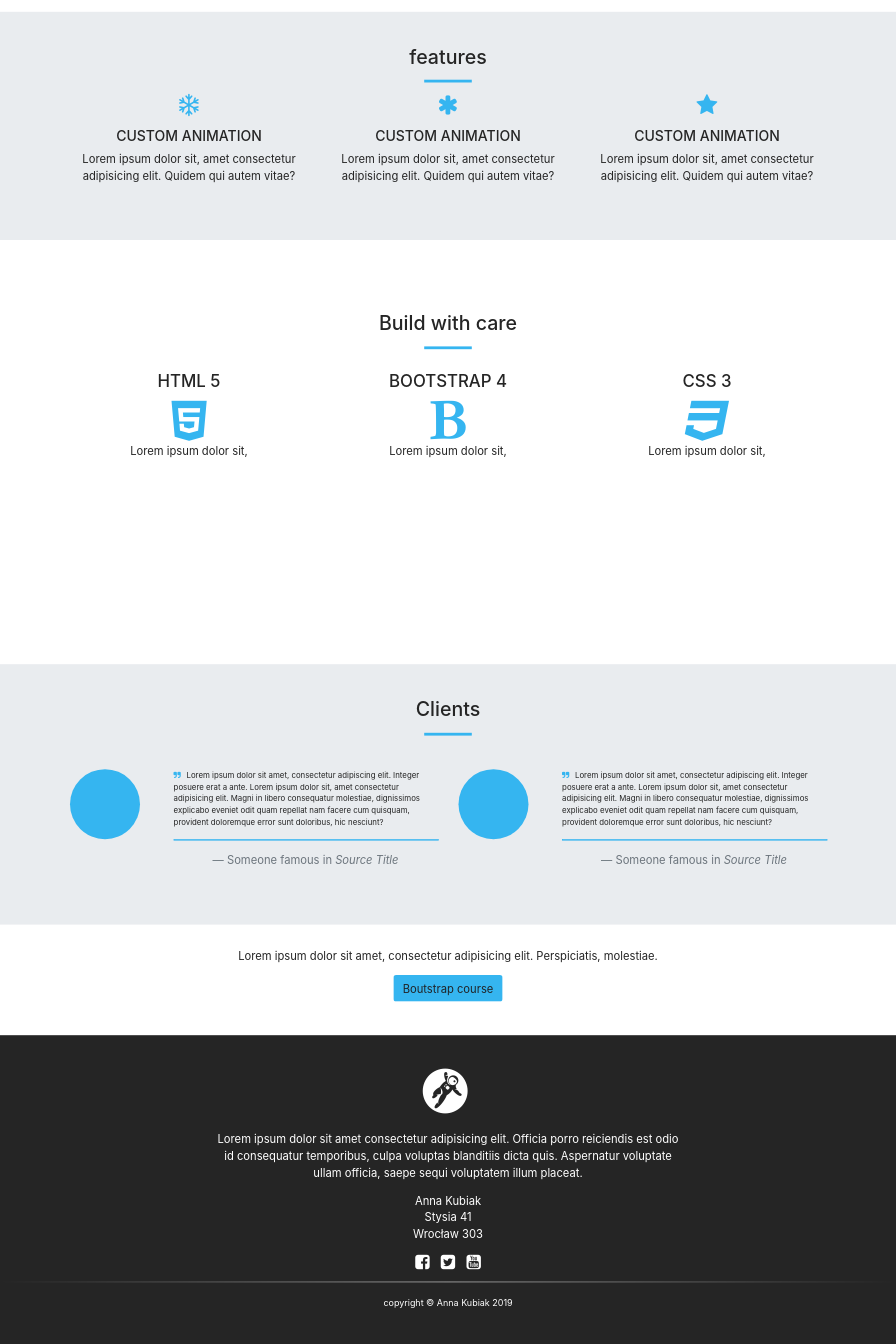
Repository: Mietlicha/bootstrap_template_exercise
Page: index.html
The author's editor kept a copy of each file at every save. The page is drawn from the files as they stood at one save, then again after the next save.
The browser window is 1280 px wide. The pictures show the part of the page from y = 987 to 2907 px (the page is 2907 px tall before and 2867 px after), at 70% of full size.

Above is the page before, as saved 2019-11-19 23:52:16.

After the next save:
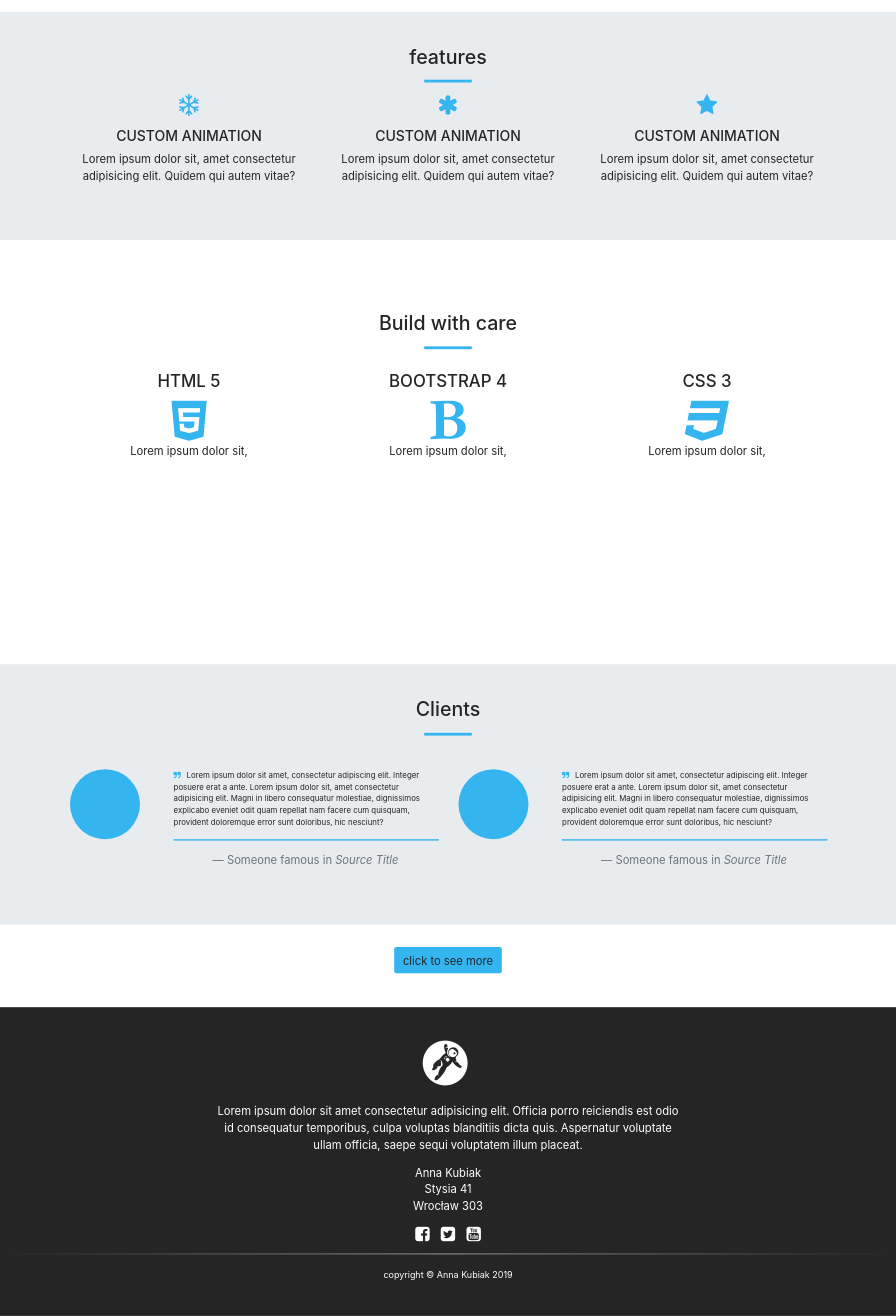
Saved 5 min 1 s later.
--- a/index.html
+++ b/index.html
@@ -133,14 +133,14 @@
             </div>
         </section>
         <aside class="text-center">
-            <p>Lorem ipsum dolor sit amet, consectetur adipisicing elit. Perspiciatis, molestiae.</p>
-            <a href="#" class="btn btn-md" target="_blnk">Boutstrap course</a>
+            <a href="#" class="btn btn-md" data-toggle="collapse" href="#collapseExample" role="button" aria-expanded="false" aria-controls="collapseExample">click to see more</a>
+            <p class="collapse" id="collapseExample">Lorem ipsum dolor sit amet, consectetur adipisicing elit. Perspiciatis, molestiae.</p>
         </aside>
     </section>
     <!--------------------footer-------------------->
     <footer id="contact" class="text-center mt-5 pt-5 pb-5">
         <i class="fa fa-grav mr-2" aria-hidden="true"></i>
-        <p class="col-md-3"></p><p class="col-md-6">Lorem ipsum dolor sit amet consectetur adipisicing elit. Officia porro reiciendis est odio id consequatur temporibus, culpa voluptas blanditiis dicta quis. Aspernatur voluptate ullam officia, saepe sequi voluptatem illum placeat.</p>
+        </p><p class="col-md-6">Lorem ipsum dolor sit amet consectetur adipisicing elit. Officia porro reiciendis est odio id consequatur temporibus, culpa voluptas blanditiis dicta quis. Aspernatur voluptate ullam officia, saepe sequi voluptatem illum placeat.</p>
         <address>
             <p>
             Anna Kubiak<br>
